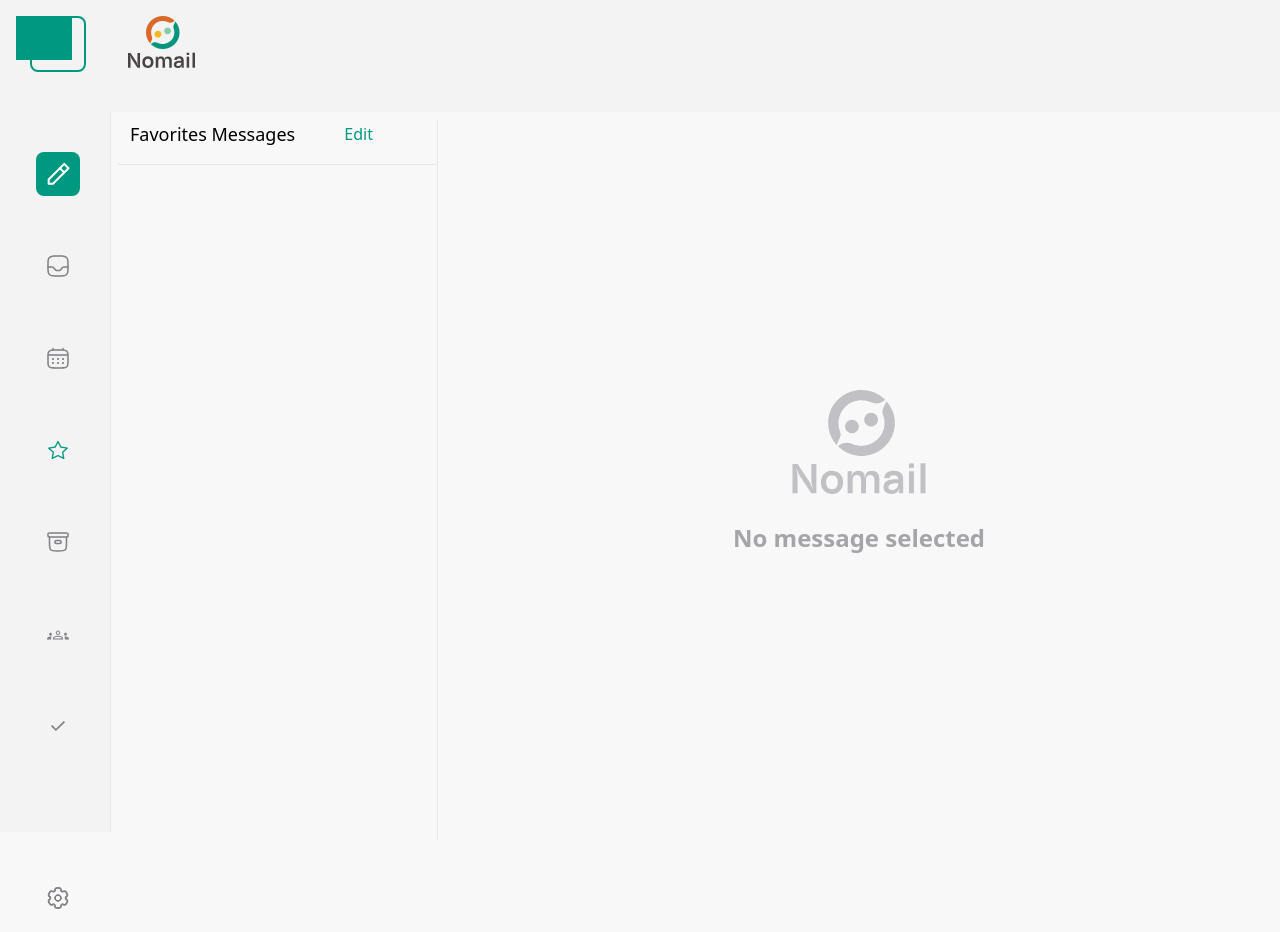
Repository: Tofigkh1/Nomail-App
Page: /favorites
An editor plug-in stored every save of this project. The page is shown before and after the next save, followed by the edit.
The browser window is 1280 px wide. The pictures show the whole page.
The project was rebuilt for these pictures with package versions that can differ from the ones it lists, and the page was loaded fresh each time. The framework's server and built-in components were replaced by stand-ins that run in the browser. Also part of the build but not shown: next.config.mjs, components/shared/svg/FavoritesSvg.jsx, components/shared/svg/calendarActiveSvg.jsx.

Above is the page before, as saved 2024-10-23 13:26:27.

### app/layout.tsx
import type { Metadata } from "next";
import localFont from "next/font/local";
import "./Styles/globals.css";
import Header from "@/components/shared/client/Header/header";

const geistSans = localFont({
  src: "./fonts/GeistVF.woff",
  variable: "--font-geist-sans",
  weight: "100 900",
});
const geistMono = localFont({
  src: "./fonts/GeistMonoVF.woff",
  variable: "--font-geist-mono",
  weight: "100 900",
});

export const metadata: Metadata = {
  title: "Create Next App",
  description: "Generated by create next app",
};

export default function RootLayout({
  children,
}: Readonly<{
  children: React.ReactNode;
}>) {
  return (
    <html lang="en">
      <body
        className={`${geistSans.variable} ${geistMono.variable} antialiased`}
      >
        {children}

      </body>
    </html>
  );
}

### app/Styles/globals.css
@tailwind base;
@tailwind components;
@tailwind utilities;

body{
  background-color: #f8f8f8;
}

.App {
  font-family: sans-serif;
  text-align: center;
}


:root {
  --background: #ffffff;
  --foreground: #171717;
}

@media (prefers-color-scheme: dark) {
  :root {
    --background: #0a0a0a;
    --foreground: #ededed;
  }
}


@layer utilities {
  .text-balance {
    text-wrap: balance;
  }
}

### components/shared/client/Header/header.tsx
import { useContext } from "react";
import { SidebarContext } from '../SideBarMenu/sideBarMenu'; // Import context
import NomailLogo from "@/components/shared/svg/headerlLogoSvg";
import HamburgerBtnSvg from "../../svg/hamburgerBtnSvg"



export default function Header() {

    const { expanded, setExpanded } = useContext(SidebarContext); // Access context

    return (
        <div className="flex items-center justify-between p-4 bg-headerColor text-white">
            <div className='w-auto h-20 flex gap-14'>

                <div>
                    <button onClick={() => setExpanded(!expanded)}
                            className="pl-3.5 bg-textColorGreen hover:bg-clientButtonGreen w-14 h-11">
                        <HamburgerBtnSvg/>
                    </button>
                </div>

                <div>
                    <NomailLogo/>
                </div>


            </div>
        </div>
    );
}

### components/shared/client/SideBarMenu/sideBarMenu.tsx
import React, { useState, useContext, ReactNode } from "react";
import { ChevronFirst, ChevronLast } from "lucide-react";


export const SidebarContext = React.createContext<{ expanded: boolean; setExpanded: (expanded: boolean) => void; }>({
    expanded: false,
    setExpanded: () => {},
});

// Sidebar component now depends on context for state
export default function Sidebar({ children }: { children: ReactNode }) {
    const { expanded, setExpanded } = useContext(SidebarContext);

    return (
        <aside className="h-screen bg-headerColor">
            <nav
                className={`h-full flex flex-col bg-headerColor border-r border-whiteLight3 transition-all duration-200 ease-in-out ml-3 ${expanded ? "w-[127%] h-[130%] " : "w-[99px]"}`}>

                <ul className=" flex-1 px-3">{children}</ul>
            </nav>
        </aside>
    );
}

// SidebarItem component for individual items inside the sidebar
type SidebarItemProps = {
    icon: ReactNode;   // Icon to display in the sidebar item
    text: string;      // Text to display in the sidebar item
    active: boolean;   // Boolean to determine if the item is active (highlighted)
    onClick: () => void; // Add onClick function to handle clicks
    style?: React.CSSProperties;
};

export function SidebarItem({icon, text, active, onClick,style}: SidebarItemProps) {
    const context = useContext(SidebarContext); // Sidebar context to manage expanded/collapsed state
    const {expanded} = context!;

    return (

        <li
            onClick={onClick} // Attach the click handler here
            style={style}
            className={`group relative flex items-center py-2 px-3 my-1 font-medium rounded-md cursor-pointer transition-colors mt-8
                ${
                  active
                    ? "text-mainRedLight" // Active item style
                    : expanded // Eğer expanded true ise hover stilini ekle
                    ? "hover:bg-textColorGreen"
                    : "" // Expanded değilse hover stili olmasın
                }`}
        >

            <span className="text-xl transition-all duration-300 ease-in-out">
        {icon}
      </span>

            {/* Text büyütüldü ve boşluk artırıldı */}
            {expanded && (
                <span className="ml-4 text-xl text-black transition-all duration-300 ease-in-out ">
          {text}
        </span>
            )}


            {!expanded && (
                <span
                    className={` absolute left-full whitespace-nowrap bg-textColorGreen text-white rounded-md py-1 px-2 transition-all duration-300 ease-in-out ml-2 opacity-0 group-hover:opacity-100`}
                >
          {text}
        </span>
            )}
        </li>
    );
}

### components/shared/svg/newMail.jsx
'use client'
export default function  newMail(){
    return(
        <>
            <svg width="44" height="44" viewBox="0 0 44 44" fill="none" xmlns="http://www.w3.org/2000/svg">
                <rect width="44" height="44" rx="8" fill="#00987F"/>
                <path fill-rule="evenodd" clip-rule="evenodd"
                      d="M27.5115 11.2439C27.902 10.8534 28.5351 10.8534 28.9257 11.2438L33.1687 15.4863C33.3562 15.6739 33.4616 15.9282 33.4616 16.1935C33.4616 16.4587 33.3562 16.7131 33.1687 16.9006L17.6122 32.4571C17.4247 32.6446 17.1703 32.75 16.9051 32.75H12.6626C12.1103 32.75 11.6626 32.3023 11.6626 31.75V27.5075C11.6626 27.2423 11.768 26.9879 11.9555 26.8004L27.5115 11.2439ZM28.2187 13.3652L13.6626 27.9217V30.75H16.4909L31.0473 16.1935L28.2187 13.3652Z"
                      fill="white"/>
                <path fill-rule="evenodd" clip-rule="evenodd"
                      d="M23.269 15.4864C23.6595 15.0959 24.2927 15.0959 24.6832 15.4864L28.9257 19.7289C29.3162 20.1194 29.3162 20.7526 28.9257 21.1431C28.5352 21.5336 27.902 21.5336 27.5115 21.1431L23.269 16.9006C22.8784 16.5101 22.8784 15.8769 23.269 15.4864Z"
                      fill="white"/>
            </svg>


        </>
    )
}

### components/shared/svg/ArchiveSvg.jsx
'use client'
export default function archiveSvg(){
    return(
        <>
            <svg width="44" height="44" viewBox="0 0 44 44" fill="none" xmlns="http://www.w3.org/2000/svg">
                <path
                    d="M19 22C19 21.534 19 21.301 19.076 21.117C19.1777 20.8725 19.3723 20.6783 19.617 20.577C19.801 20.5 20.034 20.5 20.5 20.5H23.5C23.966 20.5 24.199 20.5 24.383 20.576C24.6275 20.6777 24.8217 20.8723 24.923 21.117C25 21.301 25 21.534 25 22C25 22.466 25 22.699 24.924 22.883C24.8223 23.1275 24.6277 23.3217 24.383 23.423C24.199 23.5 23.966 23.5 23.5 23.5H20.5C20.034 23.5 19.801 23.5 19.617 23.424C19.3725 23.3223 19.1783 23.1277 19.077 22.883C19 22.699 19 22.466 19 22Z"
                    stroke="#A4A4A9" stroke-width="1.5"/>
                <path
                    d="M19 22C19 21.534 19 21.301 19.076 21.117C19.1777 20.8725 19.3723 20.6783 19.617 20.577C19.801 20.5 20.034 20.5 20.5 20.5H23.5C23.966 20.5 24.199 20.5 24.383 20.576C24.6275 20.6777 24.8217 20.8723 24.923 21.117C25 21.301 25 21.534 25 22C25 22.466 25 22.699 24.924 22.883C24.8223 23.1275 24.6277 23.3217 24.383 23.423C24.199 23.5 23.966 23.5 23.5 23.5H20.5C20.034 23.5 19.801 23.5 19.617 23.424C19.3725 23.3223 19.1783 23.1277 19.077 22.883C19 22.699 19 22.466 19 22Z"
                    stroke="black" stroke-opacity="0.2" stroke-width="1.5"/>
                <path
                    d="M30.5 17V23C30.5 26.771 30.5 28.657 29.328 29.828C28.157 31 26.271 31 22.5 31H21.5C17.729 31 15.843 31 14.672 29.828C13.5 28.657 13.5 26.771 13.5 23V17"
                    stroke="#A4A4A9" stroke-width="1.5" stroke-linecap="round"/>
                <path
                    d="M30.5 17V23C30.5 26.771 30.5 28.657 29.328 29.828C28.157 31 26.271 31 22.5 31H21.5C17.729 31 15.843 31 14.672 29.828C13.5 28.657 13.5 26.771 13.5 23V17"
                    stroke="black" stroke-opacity="0.2" stroke-width="1.5" stroke-linecap="round"/>
                <path
                    d="M12 15C12 14.057 12 13.586 12.293 13.293C12.586 13 13.057 13 14 13H30C30.943 13 31.414 13 31.707 13.293C32 13.586 32 14.057 32 15C32 15.943 32 16.414 31.707 16.707C31.414 17 30.943 17 30 17H14C13.057 17 12.586 17 12.293 16.707C12 16.414 12 15.943 12 15Z"
                    stroke="#A4A4A9" stroke-width="1.5"/>
                <path
                    d="M12 15C12 14.057 12 13.586 12.293 13.293C12.586 13 13.057 13 14 13H30C30.943 13 31.414 13 31.707 13.293C32 13.586 32 14.057 32 15C32 15.943 32 16.414 31.707 16.707C31.414 17 30.943 17 30 17H14C13.057 17 12.586 17 12.293 16.707C12 16.414 12 15.943 12 15Z"
                    stroke="black" stroke-opacity="0.2" stroke-width="1.5"/>
            </svg>

        </>
    )
}

### components/shared/svg/TodoSvg.jsx
'use client'
export default function  todoSvg(){
    return(
        <>
            <svg width="44" height="44" viewBox="0 0 44 44" fill="none" xmlns="http://www.w3.org/2000/svg">
                <path d="M19.8957 27L15 22.2599L16.2239 21.0748L19.8957 24.6299L27.7761 17L29 18.185L19.8957 27Z"
                      fill="#A4A4A9"/>
                <path d="M19.8957 27L15 22.2599L16.2239 21.0748L19.8957 24.6299L27.7761 17L29 18.185L19.8957 27Z"
                      fill="black" fill-opacity="0.2"/>
            </svg>

        </>
    )
}

### components/shared/svg/FavoritesActiveSvg.jsx
'use client'
export default function  favoritesActiveSvg(){
    return(
        <>
        <svg width="44" height="44" viewBox="0 0 44 44" fill="none" xmlns="http://www.w3.org/2000/svg">
<path d="M15.5808 30.2201C15.4833 30.7528 16.0307 31.1692 16.5132 30.9316L22.0006 28.2246L27.4868 30.9316C27.9693 31.1692 28.5168 30.7528 28.4193 30.2213L27.3818 24.5457L31.7842 20.5188C32.1967 20.142 31.9842 19.4533 31.4317 19.3789L25.3093 18.5438L22.5794 13.3517C22.5274 13.2465 22.4453 13.1576 22.3428 13.0953C22.2402 13.0331 22.1214 13 22 13C21.8787 13 21.7598 13.0331 21.6573 13.0953C21.5547 13.1576 21.4727 13.2465 21.4206 13.3517L18.6907 18.545L12.5683 19.3801C12.0171 19.4545 11.8033 20.1432 12.2146 20.52L16.6182 24.5469L15.5808 30.2225V30.2201ZM21.7119 26.8999L17.1045 29.1725L17.972 24.4245C17.9928 24.3152 17.9852 24.2026 17.9496 24.0969C17.914 23.9911 17.8517 23.8955 17.7682 23.8185L14.1358 20.4948L19.2007 19.8037C19.3054 19.788 19.4046 19.7484 19.4901 19.6883C19.5756 19.6281 19.6448 19.5492 19.6919 19.4581L21.9981 15.0688L24.3068 19.4581C24.354 19.5492 24.4232 19.6281 24.5086 19.6883C24.5941 19.7484 24.6934 19.788 24.7981 19.8037L29.863 20.4936L26.2306 23.8173C26.1469 23.8944 26.0844 23.9903 26.0488 24.0962C26.0133 24.2022 26.0057 24.315 26.0268 24.4245L26.8943 29.1725L22.2869 26.8999C22.1979 26.8555 22.0991 26.8324 21.9988 26.8324C21.8985 26.8324 21.8009 26.8555 21.7119 26.8999Z" fill="#00987F"/>
</svg>



        </>
    )
}

### components/shared/client/FavoritesMessage/index.tsx
import CheckboxComponent from "../CheckBox";
import SearchIconSvg from "../../svg/SearchIconSvg";

export default function FavoritesMessage() {

    return (
        <>
            <div className='w-80 h-screen border-r border-whiteLight3 '>







                <div className='flex text-textColGreen font-medium justify-between mt-2'>
                <h1 className="text-black ml-3 text-lg">Favorites Messages</h1>
                    <button className=" mr-16">Edit</button>
                </div>
                <div className="border-b border-whiteLight3 mt-4 w-full"></div>

            </div>
        </>
    );
}

### components/shared/svg/headerlLogoSvg.jsx
'use client'
export default function  NomailLogo(){
    return(
        <>
            <svg width="67" height="52" viewBox="0 0 67 52" fill="none" xmlns="http://www.w3.org/2000/svg">
                <path
                    d="M9.48124 45.6565C9.48124 46.5455 9.81469 47.7819 10.2082 49.1188L9.9792 49.1908C9.41677 47.6989 9.10554 46.8513 8.20077 45.4205L2.53426 36.9821H0V51.6942H2.53648V43.6446C2.53648 42.2051 2.29639 40.7437 1.88069 39.4658L2.10966 39.385C2.54537 40.7546 3.1078 42.1548 4.03258 43.5747L9.48124 51.6964H12.0177V36.9843H9.48124V45.6586V45.6565Z"
                    fill="#494345"/>
                <path
                    d="M19.8894 40.3527C18.7868 40.3527 17.8198 40.5973 16.9773 41.0888C15.3033 42.0696 14.3052 43.8587 14.3052 46.1763C14.3052 47.3101 14.5341 48.3214 15.001 49.1908C15.9169 50.9471 17.6419 52 19.8872 52C21.0098 52 21.9969 51.7553 22.8394 51.2551C24.5245 50.2743 25.4915 48.4656 25.4915 46.1785C25.4915 45.0448 25.2625 44.0334 24.8046 43.1553C23.8798 41.4078 22.1436 40.3571 19.8872 40.3571L19.8894 40.3527ZM19.8894 49.6911C17.9665 49.6911 16.9573 48.3127 16.9573 46.1763C16.9573 44.04 17.9354 42.6616 19.8894 42.6616C21.8435 42.6616 22.8416 44.04 22.8416 46.1763C22.8416 48.3127 21.8857 49.6911 19.8894 49.6911Z"
                    fill="#494345"/>
                <path
                    d="M39.9257 40.3833C39.1765 40.3833 38.5118 40.5559 37.9405 40.8944C36.9157 41.5061 36.6645 42.465 36.6178 43.7233H36.391V43.4065C36.391 42.8342 36.2777 42.323 36.0576 41.8731C35.5996 40.984 34.7371 40.3811 33.2299 40.3811C32.4718 40.3811 31.8049 40.5449 31.2447 40.8726C30.5623 41.2767 30.051 41.8796 29.7531 42.6092H29.4552C29.7264 42.2313 29.9754 41.5061 29.9754 40.9753V40.6585H27.7612V51.692H30.2888V44.8985C30.2888 43.5201 31.1402 42.5786 32.3985 42.5786C33.719 42.5786 34.5304 43.4786 34.5304 45.0208V51.692H37.0246V44.9291C37.0246 43.448 37.9094 42.5786 39.1454 42.5786C40.4459 42.5786 41.2662 43.4786 41.2662 44.9902V51.692H43.7715V44.3677C43.7715 41.9866 42.4088 40.3833 39.9234 40.3833H39.9257Z"
                    fill="#494345"/>
                <path
                    d="M50.9986 40.3527C48.3466 40.3527 46.3414 41.4253 46.2569 44.0509L48.7823 44.0924C48.8334 43.0395 49.9894 42.6114 50.9964 42.6114C52.6014 42.6114 53.2595 43.234 53.3017 44.7172C52.8971 44.7106 52.5325 44.7062 52.2146 44.7062C51.1231 44.7062 49.8227 44.6647 48.3154 45.1868C46.5993 45.7591 45.8501 47.0676 45.8501 48.671C45.8501 49.2739 45.9968 49.8353 46.2858 50.3355C46.8571 51.3469 47.9909 52 49.6137 52C51.6411 52 52.7949 51.3556 54.0953 49.4857L54.3132 49.6583C53.9597 50.1083 53.5551 50.792 53.5551 51.3032V51.692H55.7493V44.9181C55.7493 43.9679 55.7293 43.1815 55.3224 42.4039C54.5844 40.9425 53.0038 40.3505 50.9964 40.3505L50.9986 40.3527ZM53.0149 48.21C52.9327 48.4656 52.7748 48.7299 52.537 49.0074C52.059 49.5797 51.2476 50.0384 50.1139 50.0384C48.9801 50.0384 48.3043 49.4552 48.3043 48.6382C48.3043 47.9436 48.7311 47.4018 49.5403 47.013C49.8516 46.8797 50.205 46.7989 50.6118 46.7683C51.2565 46.7094 52.1057 46.6875 53.2595 46.7181C53.2484 47.1856 53.2039 47.7513 53.0127 48.2079L53.0149 48.21Z"
                    fill="#494345"/>
                <path d="M61.1667 36.7266H58.6614V38.9852H61.1667V36.7266Z" fill="#494345"/>
                <path d="M61.1667 40.6607H58.6614V51.6942H61.1667V40.6607Z" fill="#494345"/>
                <path d="M67 36.6763H64.4946V51.6942H67V36.6763Z" fill="#494345"/>
                <path
                    d="M46.6436 4.83195L46.5013 4.97176C44.6829 6.75861 41.9374 7.16491 39.601 6.11202C37.8537 5.32563 35.8708 4.95428 33.7833 5.12248C28.1479 5.57684 23.6041 10.0746 23.1795 15.6142C23.0416 17.4186 23.3284 19.1377 23.9531 20.6908C24.3888 21.7699 24.3088 22.9844 23.8108 24.0373L22.1969 27.4407C19.4203 24.365 17.7953 20.2583 17.9887 15.7802C18.3577 7.33966 25.3069 0.450017 33.8923 0.021872C38.8741 -0.227151 43.4135 1.658 46.6436 4.83195Z"
                    fill="#DA6927"/>
                <path
                    d="M51.5499 17.1389C51.2276 25.5795 44.3117 32.5019 35.7286 32.9738C30.7179 33.249 26.1451 31.3573 22.895 28.1681L23.0351 28.0304C24.8513 26.2458 27.5923 25.8351 29.9265 26.8858C31.6871 27.6787 33.6856 28.0523 35.7886 27.8753C41.4173 27.4035 45.9434 22.8992 46.3547 17.3618C46.4881 15.5662 46.1991 13.8536 45.5766 12.3048C45.1431 11.2301 45.2209 10.0177 45.7189 8.96923L47.3373 5.55936C50.0983 8.61972 51.7189 12.6893 51.5477 17.1389H51.5499Z"
                    fill="#00967D"/>
                <path
                    d="M29.9397 21.5908C31.8476 21.5908 33.3943 20.071 33.3943 18.1962C33.3943 16.3214 31.8476 14.8016 29.9397 14.8016C28.0318 14.8016 26.4851 16.3214 26.4851 18.1962C26.4851 20.071 28.0318 21.5908 29.9397 21.5908Z"
                    fill="#F4B826"/>
                <path
                    d="M39.5964 18.1984C41.5044 18.1984 43.051 16.6786 43.051 14.8038C43.051 12.929 41.5044 11.4092 39.5964 11.4092C37.6885 11.4092 36.1418 12.929 36.1418 14.8038C36.1418 16.6786 37.6885 18.1984 39.5964 18.1984Z"
                    fill="#88CCA7"/>
            </svg>


        </>
    )
}

### components/shared/svg/hamburgerBtnSvg.jsx
'use client'
export default function  HamburgerBtnSvg(){
    return(
        <>
            <svg width="56" height="56" viewBox="0 0 56 56" fill="none" xmlns="http://www.w3.org/2000/svg">
                <rect x="1" y="1" width="54" height="54" rx="7" stroke="#00987F" stroke-width="2"/>
                <path d="M19 22H37V24H19V22ZM19 27H37V29H19V27ZM19 32H37V34H19V32Z" fill="#00987F"/>
            </svg>


        </>
    )
}

### tailwind.config.ts
import type { Config } from "tailwindcss";

const config: Config = {
  content: [
    "./pages/**/*.{js,ts,jsx,tsx,mdx}",
    "./components/**/*.{js,ts,jsx,tsx,mdx}",
    "./app/**/*.{js,ts,jsx,tsx,mdx}",
  ],
  theme: {
    extend: {
      colors: {
        background: "var(--background)",
        foreground: "var(--foreground)",
        headerColor: "#F3F3F3",
        textColorGreen: "#00987F",
        textGray: "#A4A4A9",
        sideBarColor: "#E5E5E5",
        textColGreen: "#00987F",
        bordersColor: "#D1D1D6"
      },
    },
  },
  plugins: [],
};
export default config;

Loaded but not shown: components/shared/svg/settingSvg.jsx (25 lines, source omitted); components/shared/svg/calendarSvg.jsx (31 lines, source omitted); components/shared/svg/InboxSvg.jsx (17 lines, source omitted); components/shared/svg/groupSvg.jsx (17 lines, source omitted); app/favorites/page.tsx (118 lines, source omitted); components/shared/svg/nomailPaleSvg.jsx (38 lines, source omitted)

After the next save:
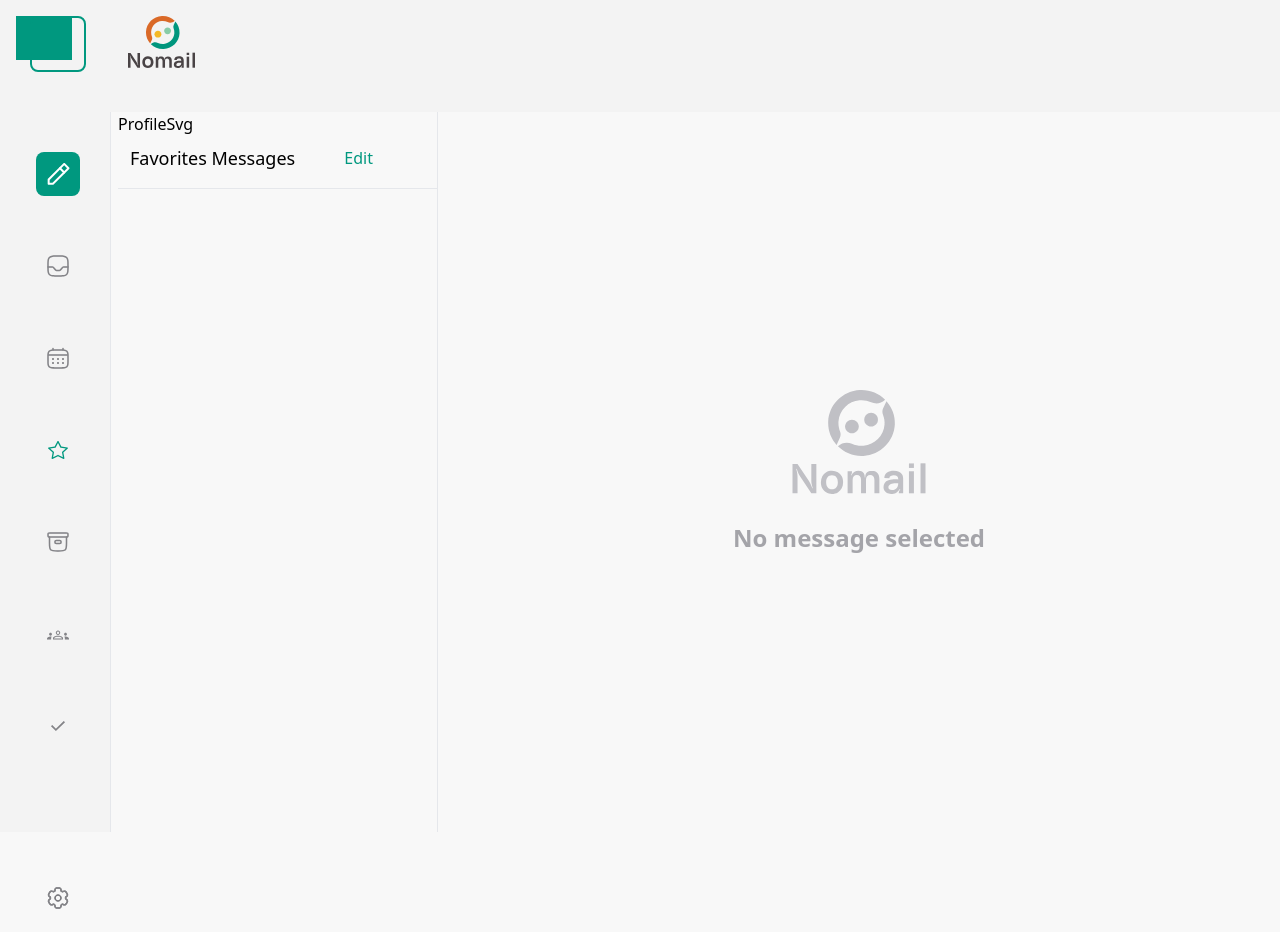
Saved 4 s later.
--- a/components/shared/client/FavoritesMessage/index.tsx
+++ b/components/shared/client/FavoritesMessage/index.tsx
@@ -8,7 +8,7 @@
             <div className='w-80 h-screen border-r border-whiteLight3 '>
 
 
-
+            <h1>ProfileSvg</h1>
 
 
 
